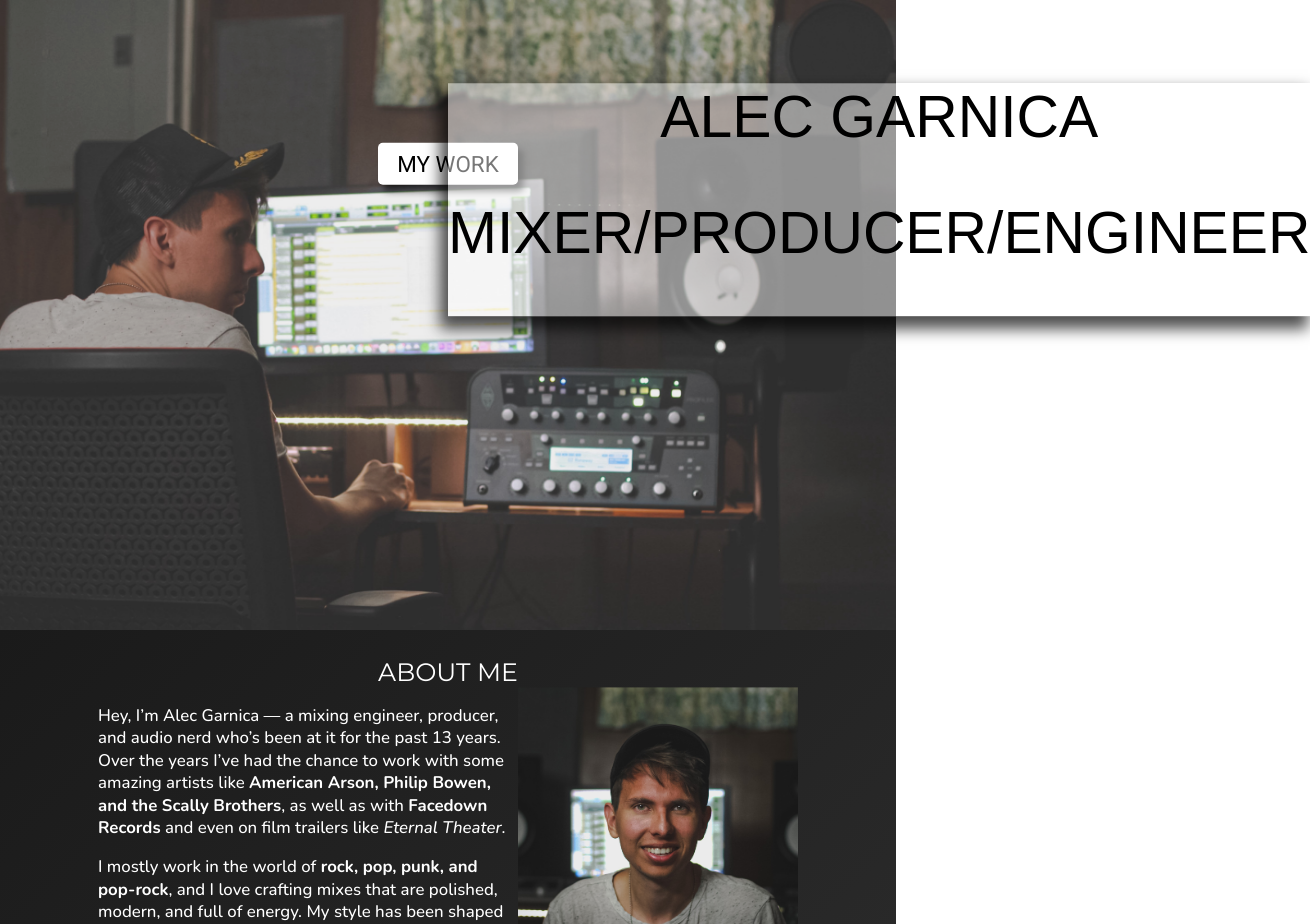
Repository: Aworminator/mixing-portfolio
Page: index.html
These files come from the project's save history. The page is drawn as it stood at one moment and after the next save; the edit follows.
The browser window is 1280 px wide. The page is 1872 px wide, then 1280 px, so the pictures cover 1872 px, including what lies to the right of the window. The pictures show the part of the page from y = 0 to 1320 px (the page is 6733 px tall), at 70% of full size.
Some web fonts or font styles are not loaded; a fallback is used.

Above is the page before, as saved 2025-09-02 15:08:41.
Console error: ReferenceError: emailjs is not defined

After the next save:
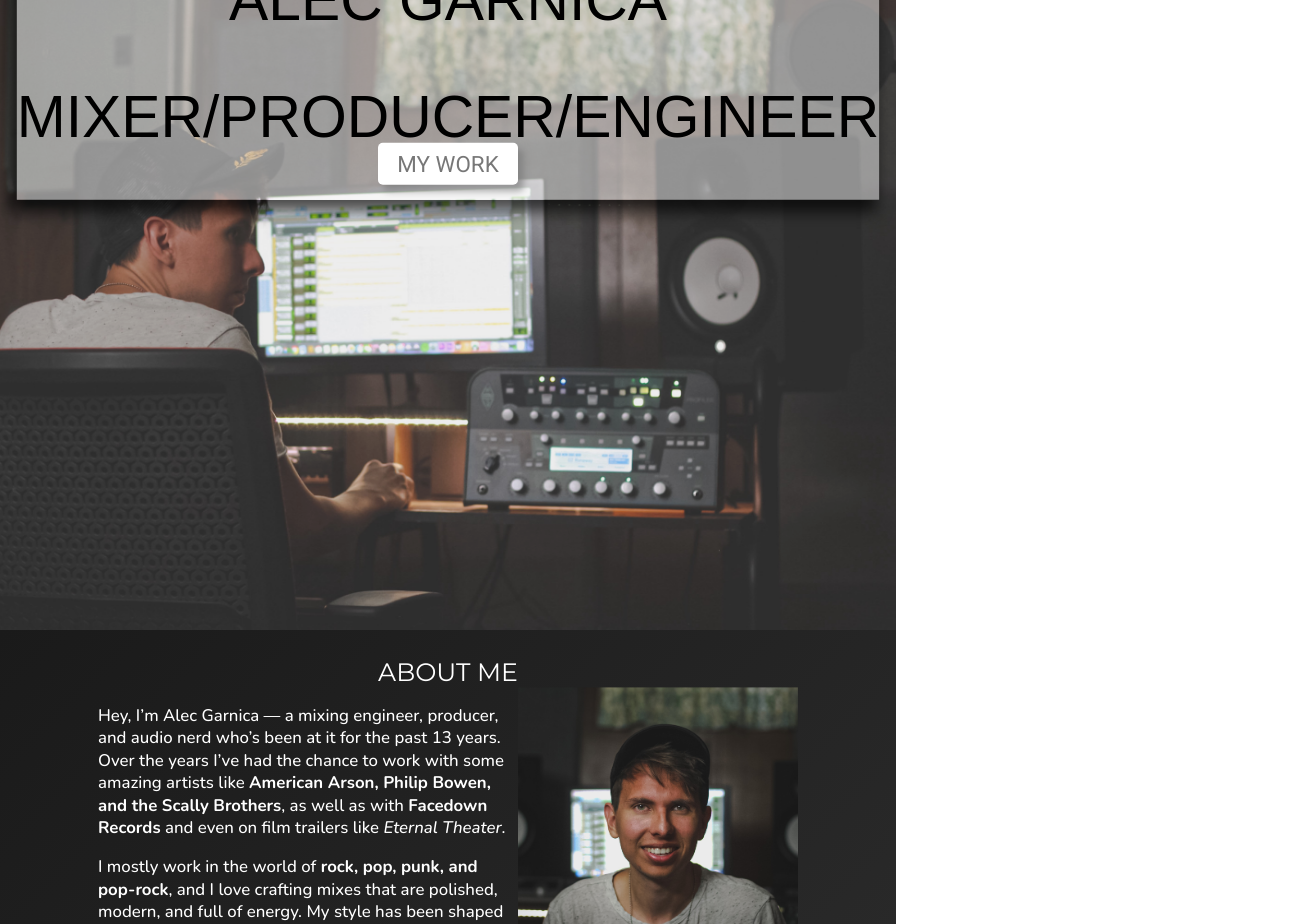
Saved 18 s later.
--- a/styles.css
+++ b/styles.css
@@ -57,6 +57,7 @@ h3 {
   position: absolute;
   left: 50%;
   bottom: 50%;
+  transform: translate(-50%, -50%); /* Perfect center */
   z-index: 1;
   font-size: 3.5em;
   text-align: center;
